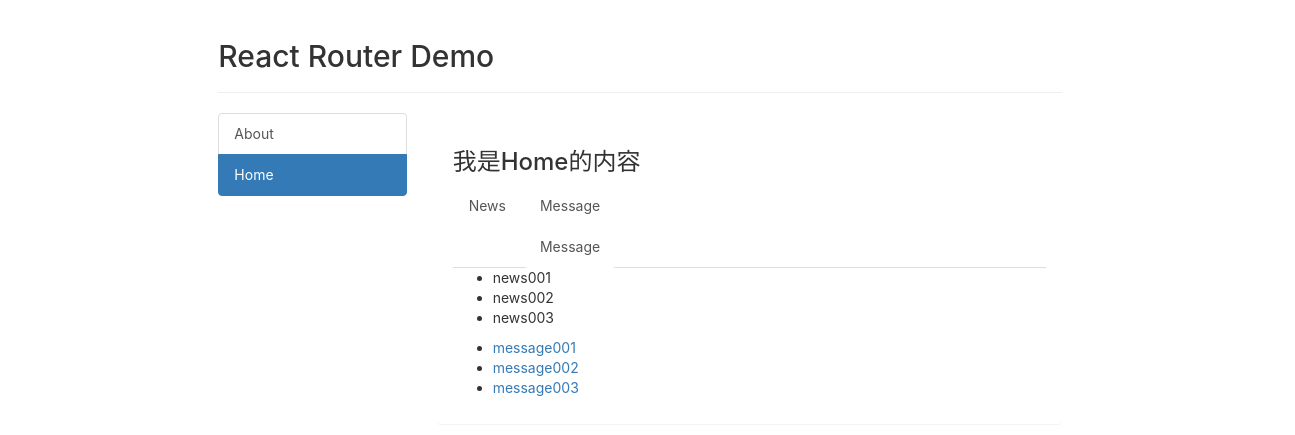
Repository: Shanshan67/React_a
Page: /home
These files come from the project's save history. The page is drawn as it stood at one moment and after the next save; the edit follows.
The browser window is 1280 px wide. The page is 1295 px wide, so the pictures cover 1295 px, including what lies to the right of the window. The pictures show the whole page.
The project was rebuilt for these pictures with package versions that can differ from the ones it lists, and the page was loaded fresh each time. Imported but missing from the stored project, and not drawn on this page: src/pages/About.

Above is the page before, as saved 2022-12-07 21:10:56.

### public/index.html
<!DOCTYPE html>
<html lang="en">
  <head>
    <meta charset="utf-8" />
    <link rel="icon" href="%PUBLIC_URL%/favicon.ico" />
    <meta name="viewport" content="width=device-width, initial-scale=1" />
    <meta name="theme-color" content="#000000" />
    <meta
      name="description"
      content="Web site created using create-react-app"
    />
    <link rel="apple-touch-icon" href="%PUBLIC_URL%/logo192.png" />
    <!--
      manifest.json provides metadata used when your web app is installed on a
      user's mobile device or desktop. See https://developers.google.com/web/fundamentals/web-app-manifest/
    -->
    <link rel="manifest" href="%PUBLIC_URL%/manifest.json" />
    <link rel="stylesheet" href="/css/bootstrap.css" />
    <!--
      Notice the use of %PUBLIC_URL% in the tags above.
      It will be replaced with the URL of the `public` folder during the build.
      Only files inside the `public` folder can be referenced from the HTML.

      Unlike "/favicon.ico" or "favicon.ico", "%PUBLIC_URL%/favicon.ico" will
      work correctly both with client-side routing and a non-root public URL.
      Learn how to configure a non-root public URL by running `npm run build`.
    -->
    <title>React App</title>
  </head>
  <body>
    <noscript>You need to enable JavaScript to run this app.</noscript>
    <div id="root"></div>
    <!--
      This HTML file is a template.
      If you open it directly in the browser, you will see an empty page.

      You can add webfonts, meta tags, or analytics to this file.
      The build step will place the bundled scripts into the <body> tag.

      To begin the development, run `npm start` or `yarn start`.
      To create a production bundle, use `npm run build` or `yarn build`.
    -->
  </body>
</html>

### src/index.js
import React from 'react';
import ReactDOM from 'react-dom/client';
import {BrowserRouter} from 'react-router-dom'
import './index.css';
import App from './App';
import reportWebVitals from './reportWebVitals';

const root = ReactDOM.createRoot(document.getElementById('root'));
root.render(
  <BrowserRouter>
    <App />
  </BrowserRouter>
);

// If you want to start measuring performance in your app, pass a function
// to log results (for example: reportWebVitals(console.log))
// or send to an analytics endpoint. Learn more: https://bit.ly/CRA-vitals
reportWebVitals();

### src/App.jsx
import React, { Component } from 'react'
import {NavLink,Route,Routes} from 'react-router-dom'
import Header from './components/Header'
import About from './pages/About'
import Home from './pages/Home'

export default class App extends Component {
  render() {
    //const {users} = this.state <List users={users}/>
    return (
      <div>
        <div className="row">
          <div className="col-xs-offset-2 col-xs-8">
            <Header/>
          </div>
        </div>
        <div className="row">
          <div className="col-xs-2 col-xs-offset-2">
            <div className="list-group">
              {/* <a className="list-group-item" href="./about.html">About</a>
              <a className="list-group-item active" href="./home.html">Home</a> */}
              <NavLink className="list-group-item" to="/about">About</NavLink>
              <NavLink className="list-group-item" to="/home">Home</NavLink>
            </div>
          </div>
          <div className="col-xs-6">
            <div className="panel">
              <div className="panel-body">
                <Routes>
                  <Route path='/about' element={<About />}/>
                  <Route path='/home' element={<Home />}/>
                </Routes>
              </div>
            </div>
          </div>
        </div>
      </div>
    )
  }
}

### src/components/Header/index.jsx
import React, { Component } from 'react'

export default class Header extends Component {
    render() {
    return (
        <div className="page-header"><h2>React Router Demo</h2></div>
    )
    }
}

### src/pages/Home/index.jsx
import React, { Component } from 'react'
import {NavLink,Route,Routes} from 'react-router-dom'
import News from './News'
import Message from './Message'

export default class Home extends Component {
    render() {
    return (
        <div>
            <h3>我是Home的内容</h3>
            <div>
            <ul className="nav nav-tabs">
            <li>
                <NavLink className="list-group-item" to="/news">News</NavLink>
            </li>
            <li>
                <a className="list-group-item" href="./home-message.html">Message</a>
                <NavLink className="list-group-item" to="/message">Message</NavLink>
            </li>
            </ul>
                <News/>
                <Message/>
            </div>
        </div>
    )
    }
}

### src/pages/Home/News/index.jsx
import React, { Component } from 'react'

export default class News extends Component {
  render() {
    return (
        <ul>
            <li>news001</li>
            <li>news002</li>
            <li>news003</li>
        </ul>
    )
  }
}

### src/pages/Home/Message/index.jsx
import React, { Component } from 'react'

export default class Message extends Component {
  render() {
    return (
        <div>
            <ul>
            <li>
                <a href="/message1">message001</a>&nbsp;&nbsp;
            </li>
            <li>
                <a href="/message2">message002</a>&nbsp;&nbsp;
            </li>
            <li>
                <a href="/message/3">message003</a>&nbsp;&nbsp;
            </li>
            </ul>
        </div>
    )
  }
}

Loaded but not shown: src/index.css (common file); src/reportWebVitals.js (common file); public/css/bootstrap.css (library)

After the next save:
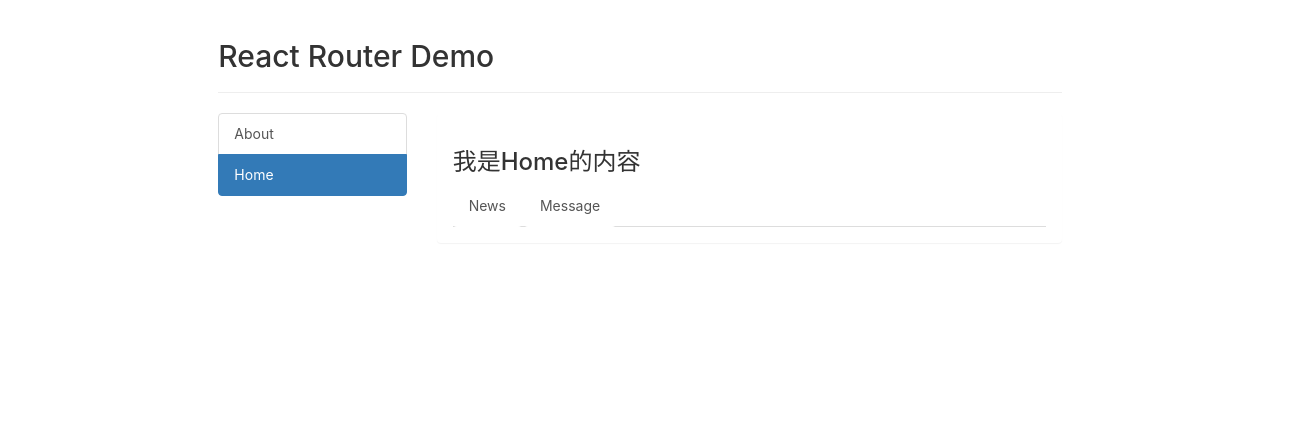
Saved 100 s later.
--- a/src/pages/Home/index.jsx
+++ b/src/pages/Home/index.jsx
@@ -14,12 +14,13 @@ export default class Home extends Component {
                 <NavLink className="list-group-item" to="/news">News</NavLink>
             </li>
             <li>
-                <a className="list-group-item" href="./home-message.html">Message</a>
                 <NavLink className="list-group-item" to="/message">Message</NavLink>
             </li>
             </ul>
-                <News/>
-                <Message/>
+                <Routes>
+                    <Route path='/news' element={<News />}/>
+                    <Route path='/message' element={<Message />}/>
+                </Routes>
             </div>
         </div>
     )
